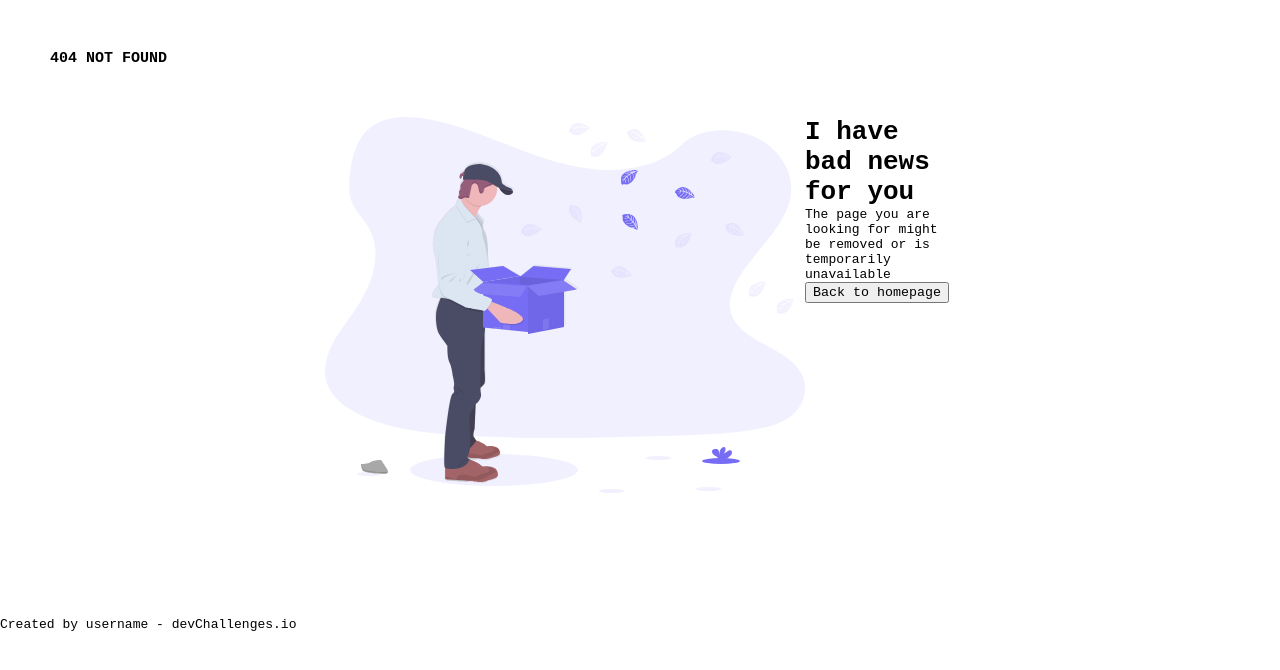
Repository: georgisenze/404-not-found-challeng
Page: index.html
An editor plug-in stored every save of this project. The page is shown before and after a run of saves, followed by the edit.
The browser window is 1280 px wide. The pictures show the whole page.

Above is the page before, as saved 2023-02-21 06:38:27.

After the next 2 saves:
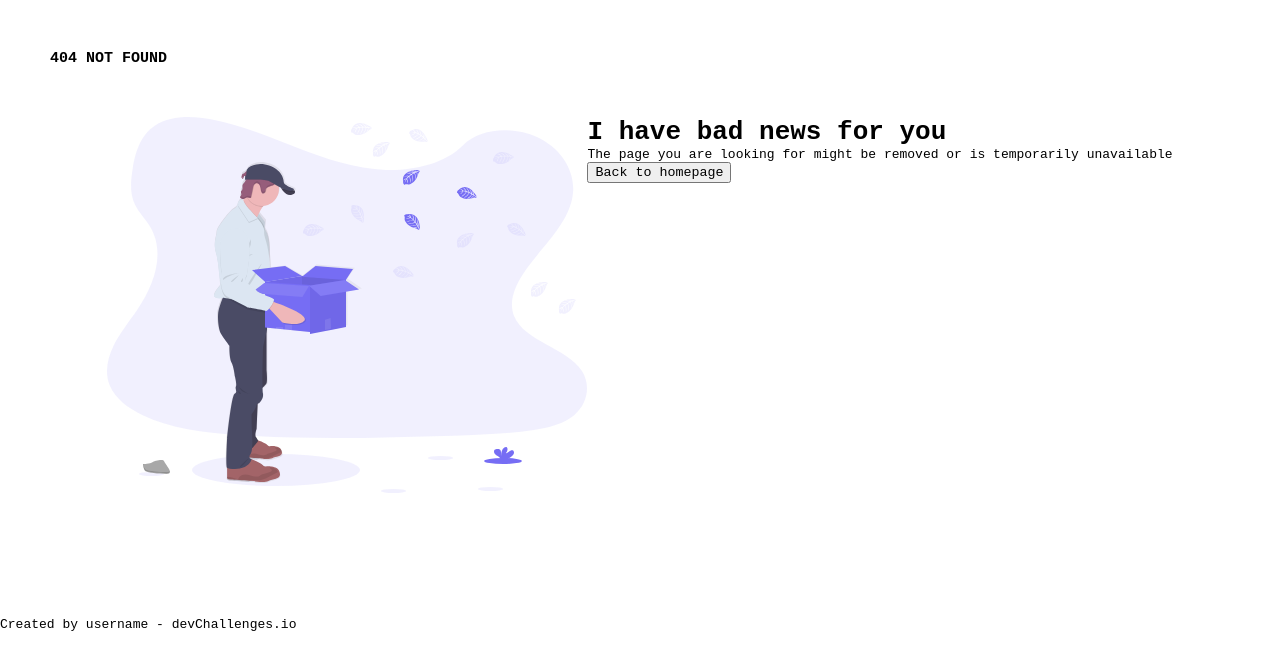
The 2 saves are shown as one change because they came seconds apart.
The last was saved 13 s later.
--- a/index.html
+++ b/index.html
@@ -22,7 +22,7 @@
                 <div class="left">
                     <img src="assets/img/404-illustration.svg" alt="">
                 </div>
-                <div class="col-6">
+                <div class="rigth">
                     <div class="col-2">
                         <h1>I have bad news for  you</h1>
                     </div>

After the save that followed:
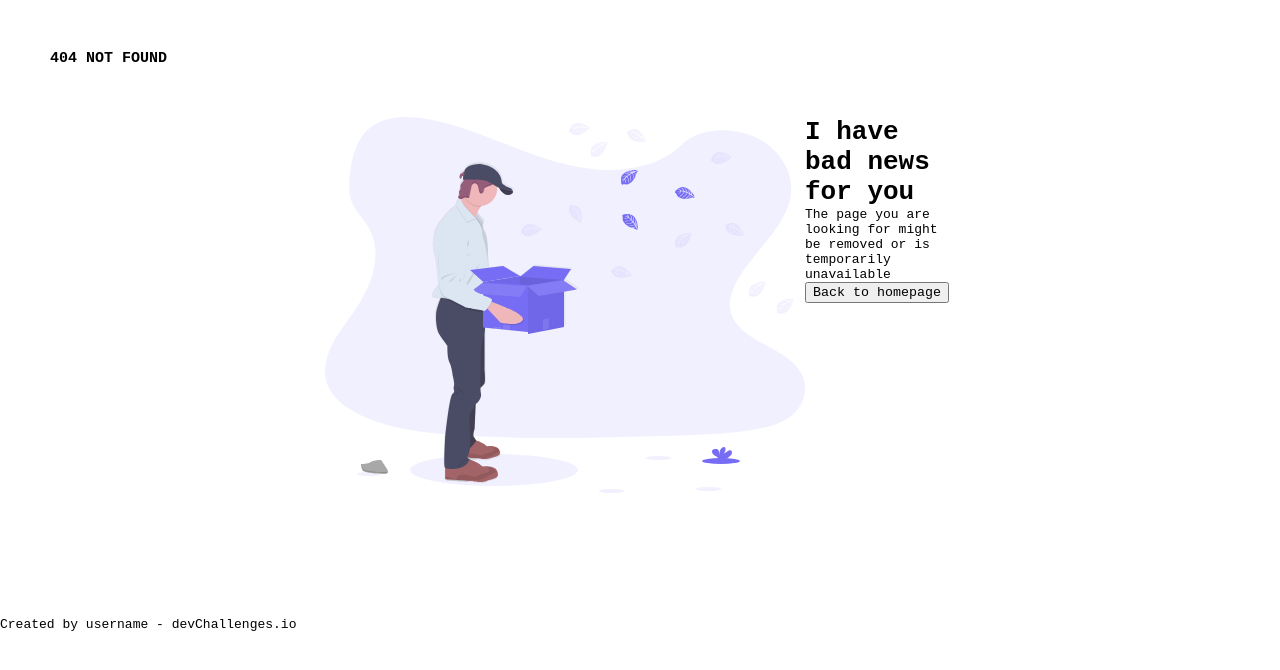
Saved 9 s later.
--- a/assets/css/style.css
+++ b/assets/css/style.css
@@ -26,6 +26,6 @@ header p {
     height: 500px;
 }
 
-.col-6{
+.rigth{
     width: 150px;
 }
